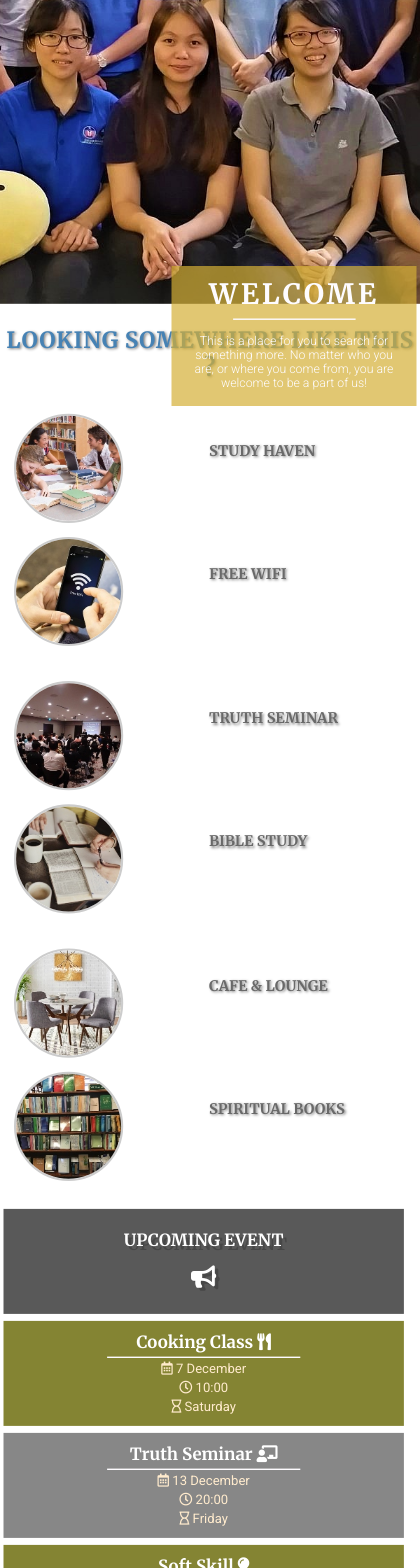
Repository: kongteckmee/christian-sc
Page: index.html
The author's editor kept a record of every edit. The page is drawn from the files as they stood at one moment, then again after the next edit.
The browser window is 600 px wide. The pictures show the part of the page from y = 390 to 2630 px (the page is 2953 px tall), at 70% of full size.
Some web libraries are served in a nearby version.

Above is the page before.

### index.html
<!DOCTYPE html>
<html lang="en">

<head>
    <meta charset="UTF-8">
    <meta name="viewport" content="width=device-width, initial-scale=1.0">
    <meta http-equiv="X-UA-Compatible" content="ie=edge">
    <link rel="stylesheet" href="https://use.fontawesome.com/releases/v5.1.1/css/all.css" integrity="sha384-O8whS3fhG2OnA5Kas0Y9l3cfpmYjapjI0E4theH4iuMD+pLhbf6JI0jIMfYcK3yZ" crossorigin="anonymous">
    <link rel="stylesheet" href="assets/css/style.css" type="text/css" />
    <title>Christian Student Center</title>
</head>

<body>
    <header>
        <a id="logo" href="index.html">
            <h2><span style="font-size: 150%">Christian</span> SC</h2>
        </a>
        <nav>
            <ul id="scmenu">
                <li>
                    <a href="meet.html">Meet Us</a>
                </li>
                <li>
                    <a href="gallery.html">Gallery</a>
                </li>
                <li>
                    <a class="scactive" href="index.html">Home</a>
                </li>
            </ul>
        </nav>
    </header>
    <section id="scmeetingrange">
        <div id="welcome-text">
            <h1>Welcome</h1>
            <hr>
            <h3>This is a place for you to search for something more. No matter who you are, or where you come from, you are welcome to be a part of us!</h3>
        </div>
    </section>
    <section id="about">
        <h1>Looking Somewhere Like This ?</h1>
        <div id="left">
            <div class="left-right-side">
                <h2>Study Haven</h2>
                <br>
                <p>A better place for your study and assignment.</p>
            </div>
            <div class="container">
                <div id="contain-study"></div>
            </div>
            <div class="left-right-side">
                <h2>Free Wifi</h2>
                <br>
                <p>Free wifi that allows to connect to the Internet.</p>
            </div>
            <div class="container">
                <div id="contain-wifi"></div>
            </div>
        </div>
        <div id="right">
            <div class="left-right-side">
                <h2>Truth Seminar</h2>
                <br>
                <p>God does not hide truth — He wants us to understand!</p>
            </div>
            <div class="container">
                <div id="contain-seminar"></div>
            </div>
            <div class="left-right-side">
                <h2>Bible Study</h2>
                <br>
                <p>Let the God's words to lead and guide.</p>
            </div>
            <div class="container">
                <div id="contain-bible"></div>
            </div>
        </div>
        <div id="center">
            <div class="middle">
                <h2>Cafe & Lounge</h2>
                <br>
                <p>A great place to chill and relax.</p>
            </div>
            <div class="container">
                <div id="contain-cafe"></div>
            </div>
            <div class="middle">
                <h2>Spiritual Books</h2>
                <br>
                <p>Supply by the heavenly food individually or corporately.</p>
            </div>
            <div class="container">
                <div id="contain-books"></div>
            </div>
        </div>
    </section>
    <section id="event">
        <div class="event-black">
            <h2>Upcoming Event</h2>
            <i class="fas fa-bullhorn"></i>
        </div>
        <div class="event-green">
            <h2>Cooking Class <i class="fas fa-utensils"></i></h2>
            <hr>
            <h3><i class="far fa-calendar-alt"></i> 7 December</h3>
            <h3><i class="far fa-clock"></i> 10:00</h3>
            <h3><i class="far fa-hourglass"></i> Saturday</h3>
        </div>
        <div class="event-grey">
            <h2>Truth Seminar <i class="fas fa-chalkboard-teacher"></i></h2>
            <hr>
            <h3><i class="far fa-calendar-alt"></i> 13 December</h3>
            <h3><i class="far fa-clock"></i> 20:00</h3>
            <h3><i class="far fa-hourglass"></i> Friday</h3>
        </div>
        <div class="event-green">
            <h2>Soft Skill <i class="fas fa-lightbulb"></i></h2>
            <hr>
            <h3><i class="far fa-calendar-alt"></i> 19 December</h3>
            <h3><i class="far fa-clock"></i> 16:30</h3>
            <h3><i class="far fa-hourglass"></i> Thursday</h3>
        </div>
        <div class="event-grey">
            <h2>Guitar Class <i class="fas fa-music"></i></h2>
            <hr>
            <h3><i class="far fa-calendar-alt"></i> 28 December</h3>
            <h3><i class="far fa-clock"></i> 14:00</h3>
            <h3><i class="far fa-hourglass"></i> Saturday</h3>
        </div>
    </section>
    <footer>
        <div id="footer-copyright">
            <p>Copyright © 2019 Christian Student Center. All Rights Reserved.</p>
        </div>
    </footer>
</body>

</html>

### assets/css/style.css
@import url('https://fonts.googleapis.com/css?family=Merriweather:500,600,700|Roboto:300,400,500');

* {
    margin: 0;
    padding: 0;
    border: 0;
}

body {
    font-family: 'Roboto', sans-serif;
    color: #696969; /*Grey color */
}

/* ------------------------------------------------------ Header */

header {
    line-height: 75px;
}

#logo {
    float: left;
    margin-left: 20px;
    text-decoration: none;
}

#logo h2 {
    font-family: 'Merriweather', serif;
    font-size: 200%;
    color: #4682b4; /* Steel Blue color */
    text-shadow: 2px 2px 4px #808080;
}

#scmenu {
    font-size: 120%;
    list-style-type: none;
    letter-spacing: 2px;
}

#scmenu li {
    float: right;
    margin-right: 30px;
}

#scmenu a {
    text-decoration: none;
    color: inherit;
}

#scmenu a:hover {
    color: #4682b4; /* Steel Blue color */
    font-weight: 500;
    text-shadow: 2px 2px 4px #808080;
}

.scactive {
    font-weight: 500;
    text-shadow: 2px 2px 4px #808080;
}

/* ------------------------------------------------------ Home-Section: Welcome */

#scmeetingrange {
    height: 700px;
    width: 100%;
    background: url("../img/home/meeting-t.jpg") no-repeat center center;
    overflow: hidden;
}

#welcome-text {
    width: 400px;
    height: 220px;
    padding-top:20px;
    bottom: 15px; /* Fixed the welcome text box-bottom */
    right: 15px; /* Fixed the welcome text box-right */
    background-color: rgba(212,175,55,.7);
    color: #fefcff; /* Milky white */
    position: absolute;
    text-align: center;
}

#welcome-text h1 {
    margin-bottom: 5px;
    font-size: 300%;
    font-family: 'Merriweather', serif;
    text-transform: uppercase;
    letter-spacing: 4px;
}

hr {
    width: 80%;
    height: 3px;
    margin-left: auto;
    margin-right: auto;
    background-color:#fefcff; /* Milky white */
}

#welcome-text h3 {
    margin: 20px;
    font-size: 130%;
    font-weight: 300;
}

/* ------------------------------------------------------ Home-Section: About */

#about {
    height: 500px;
}

#about h1, #about h2 {
    font-family: 'Merriweather', serif;
    text-transform: uppercase;
    text-shadow: 2px 2px 4px #808080;
}

#about h1 {
    margin-top: 30px;
    margin-bottom: 30px;
    color: #4682b4; /* Steel Blue color */
    text-align: center;
    font-size: 200%;
    letter-spacing: 1px;
}

#about h2 {
    font-size: 130%;
}

#left, #right {
    margin-right: 30px;
    padding-top: 30px;
    width: 30%;
}

#left {
    float: left;
}

#right {
    float: right;
}

#center {
    padding-top: 30px;
    width: 33%;
    margin: 0 auto; /* center the div */
}

br {
    display: block;
    content: "";
    margin: 2em;
    font-size: 24%; /* spacing */
}

.left-right-side, .middle {
    width: 50%;
    float: right;
    padding-top: 40px;
}

.left-right-side {
    clear: both;
    margin-left: 20px;
    margin-bottom: 50px;
}

.middle {
    margin-right: 20px;
}

.container {
    width: 150px;
    height: 150px;
    border: 3px solid #cccccc;
    border-radius: 50%;
    margin-left: 20px;
    margin-bottom: 20px;
}

#contain-study {
    background: url("../img/home/study-group.jpg") no-repeat center center;
    height: 100%;
    border-radius: 50%;
}

#contain-wifi {
    background: url("../img/home/free-wifi.jpg") no-repeat center center;
    height: 100%;
    border-radius: 50%;
}

#contain-seminar {
    background: url("../img/home/truth-seminar.jpg") no-repeat center center;
    height: 100%;
    border-radius: 50%;
}

#contain-bible {
    background: url("../img/home/bible-study.jpg") no-repeat center center;
    height: 100%;
    border-radius: 50%;
}

#contain-cafe {
    background: url("../img/home/cafe.jpg") no-repeat center center;
    height: 100%;
    border-radius: 50%;
}

#contain-books {
    background: url("../img/home/spiritual-book.jpg") no-repeat center center;
    height: 100%;
    border-radius: 50%;
}

/* ------------------------------------------------------ Home-Section: Event */

#event {
    height: 250px;
}

#event div {
    color: #ffebcd;
    width: 19.2%;
    height: 90%;
    float: left;
    padding-top: 30px;
    text-align: center;
    margin: 5px;
}

#event h2 {
    color: #ffffff;
    font-family: 'Merriweather', serif;
    margin-bottom: 20px;
}

#event h3 {
    margin-top: 20px;
    font-weight: 400;
}

.event-black {
    background-color: rgba(48,48,48,.8);
    text-shadow: 5px 5px 0px rgba(0,0,0,0.2);
}

.event-black h2 {
    padding: 30px;
    text-transform: uppercase;
}

.event-black i {
    color: #ffffff;
    font-size: 200%;
}

.event-grey {
    background-color: rgba(105,105,105,.8);
}

.event-green {
    background-color: rgba(102,102,0,.8);
}

/* ------------------------------------------------------ Footer */

footer {
    /*margin-top: 5px;*/
    border-top: 1px solid #fff;
    height: 40px;
    width: 100%;
    background-color: #333333;
    clear: both;
}

footer #footer-copyright {
    color: #fff;
    line-height: 35px;
    font-size: 80%;
    text-align: center;
}

/* ------------------------------------------------------ Gallery */

#scgallery {
    width: 100%;
    clear: both;
    background-color: #e6e2d3;
}

#gallery-text h1, #photo-text h1 {
    margin-bottom: 30px;
    padding-top: 50px;
    font-family: 'Merriweather', serif;
    font-size: 250%;
    text-align: center;
    text-shadow: 2px 2px 4px #808080;
    letter-spacing: 10px;
}

#gallery-text hr, #photo-text hr {
    width: 10%;
    height: 2px;
    margin-bottom: 40px;
    background-color: #808080;
}

#photo-text h3 {
    margin-bottom: 10px;
    font-size: 130%;
    font-weight: 300;
    text-align: center;
}

#video iframe {
    margin: 0 auto;
    display: block;
}

#photo {
    margin-top: 50px;
}

#photo img {
    width: 49%;
    margin-left: 4px;
}

/* ------------------------------------------------------ Meet Us: Location */

#meet {
    height: 650px;
    width: 100%;
    clear: both;
    background: url("../img/meet/desa.jpg") no-repeat center center;
}

#location {
    width: 20%;
    margin: 80px 0 0 150px;
    padding: 30px 30px 30px 30px;
    float: left;
    background-color: rgba(245,245,220,0.6);
    border-radius: 10px;
    color: #000;
    text-align: center;
}

#location h2 {
    font-family: 'Merriweather', serif;
    text-transform: none;
    text-shadow: 2px 2px 4px #808080;
    margin-bottom: 10px;
}

#open {
    padding-top: 30px;
}

#day{
    float: left;
    text-align: right;
    color: #4682b4;
    text-shadow: 2px 2px 4px #fff;
}

#time {
    float: right;
    margin-top: 5px;
    font-weight: 500;
    text-align: left;
    color: #404040;
}

#address, #phone, #follow {
    margin-top: 20px;
}

#address, #follow, #social li {
    clear: both;
    display: inline-block;
}

#contact p, #address p, #phone p {
    font-weight: 500;
    color: #404040;
}

#social i {
    font-size: 30px;
    margin-right: 5px;
    color: #404040;
}

#social i:hover {
    color: #4682b4;
}

/* ------------------------------------------------------ Meet Us: Form */

#form {
    width: 40%;
    margin: 140px 100px 0 0;
    padding: 20px 35px 20px 35px;
    float: right;
    background-color: rgba(60,60,60,0.6);
    border-radius: 10px;
    color: #fafafa;
}

#form p {
    margin-bottom: 20px;
    text-align: center;
}

textarea {
    resize: none;
}

.place-input {
    background-color: rgba(245,245,220,0.6);
    width: 100%;
    height: 25px;
    margin: 2px 0 5px 0;
    border: 3px solid #fafafa;
    border-radius: 5px;
    font-family: 'Roboto', sans-serif;
    font-size: 15px;
}

.place-input:hover {
    border-color: #4682b4;
}

button {
    background-color: #4682b4;
    margin-top: 10px;
    padding: 10px 30px 10px 30px;
    border-radius: 5px;
    color: #fafafa;
    font-size: 100%;
    text-align: center;
    display: block;
    float: right;
}

button:hover {
    background-color: #fafafa;
    color: #4682b4;
}

/* ------------------------------------------------------ Media Queries */

@media (min-width: 768px) and (max-width: 991px) {
    #welcome-text {
        bottom: 250px;
        right: 10px;
    }

    #about {
        width: 80%;
        height: 1200px;
        margin: 0 auto;
    }

    #left, #center, #right {
        width: 100%;
        padding: 15px;
        float: left;
    }

    .left-right-side, .middle {
        width: 50%;
        margin-right: 20px;
    }

    .container {
        margin-left: 50px;
    }

    #event div {
        width: 96%;
        height: 150px;
        padding: 10px;
        clear: both;
    }

    .event-black h2, .event-black h3 {
        line-height: 0;
        margin: 5px;
    }

    .event-black h2 {
        padding: 35px;
    }

    #event h2, #event h3 {
        margin: 8px;
    }

    #video iframe {
        width: 90%;
        height: 500px;
    }

    #photo-text h3 {
        margin: 30px;
    }

    #meet {
        height: 902px;
        background: url("../img/meet/desa_tab.jpg") no-repeat center center;
    }

    #location {
        width: 33%;
        margin: 175px 0 0 20px;
        padding: 30px 20px 30px 20px;
    }

    #form {
        width: 45%;
        margin: 220px 20px 0 10px;
    }

}

@media (min-width: 360px) and (max-width: 767px) {
    #welcome-text {
        width: 350px;
        height: 185px;
        padding-top: 15px;
        bottom: -170px;
        right: 5px;
    }

    #welcome-text h1 {
        margin-bottom: 10px;
        font-size: 250%;
    }

    hr {
        width: 50%;
        height: 2px;
    }

    #welcome-text h3 {
        margin: 20px;
        font-size: 110%;
        font-weight: 300;
    }

    #scmenu {
        clear: left;
        float: left;
        margin-left: 20px;
        margin-bottom: 20px;
        line-height: 25px;
    }

    #about h1 {
        text-align: center;
    }

    #left, #center, #right {
        width: 92%; /* Suit mobile device */
        padding: 15px;
        float: left;
    }

    .left-right-side, .middle {
        width: 45%;
        margin-right: 20px;
        float: right;
    }

    .container {
        margin-left: 5px;
        margin-right: 5px;
    }

    #about p {
        display: none;
    }

    #event div {
        width: 92%;
        height: 130px;
        padding: 10px;
        clear: both;
    }

    .event-black h2, .event-black h3 {
        line-height: 0;
        margin: 2px;
    }

    .event-black h2 {
        padding: 30px;
    }

    #event h2, #event h3 {
        margin: 5px;
    }

    #video iframe {
        width: 100%;
        height: 400px;
    }

    #photo-text h3 {
        margin: 20px;
    }

    #photo img {
        width: 100%;
        margin: 0;
    }

    #meet {
        height: 1200px;
        background: none;
        background-color: #808080;
    }

    #location {
        width: 50%;
        margin: 65px 90px 0 90px;
    }

    #form {
        width: 50%;
        margin: 50px 80px 10px 80px;
        padding: 20px 35px 20px 35px;
    }
}

After the next edit:
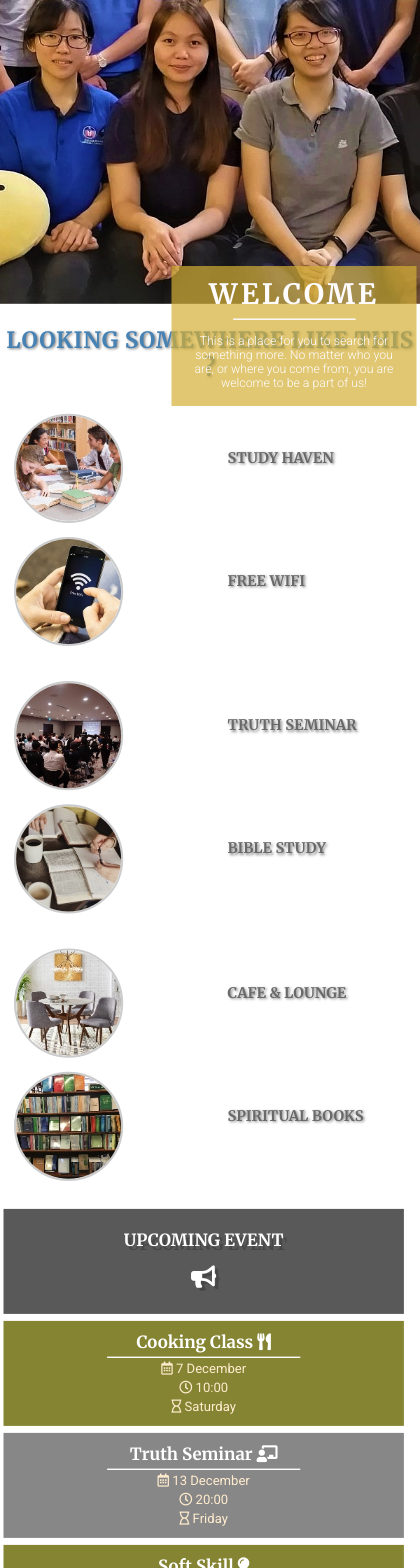
The edit:
--- a/assets/css/style.css
+++ b/assets/css/style.css
@@ -570,8 +570,8 @@
     }
 
     .left-right-side, .middle {
-        width: 45%;
-        margin-right: 20px;
+        width: 42%;
+        margin: 10px 10px 0 0;
         float: right;
     }
 
